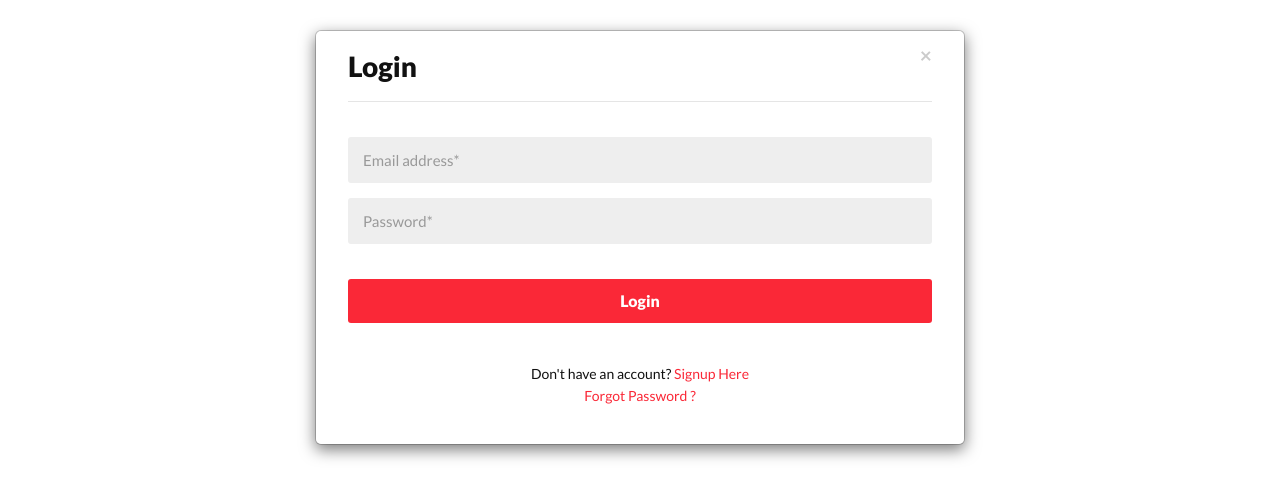
Repository: Het95/Bike-Rental-JSP
Page: http://localhost/AJOep/login.jsp
An editor plug-in stored every save of this project. The page is shown before and after the next save, followed by the edit.
The browser window is 1280 px wide. The pictures show the whole page.
The page is served by Tomcat 9. Other server files are loaded and not shown.

Above is the page before, as saved 2020-05-31 21:27:54.

### AJOep/WebContent/login.jsp
<%@ page language="java" contentType="text/html; charset=ISO-8859-1"
    pageEncoding="ISO-8859-1"%>
<!DOCTYPE html>
<html>
<head>
<meta charset="ISO-8859-1">
<title>Insert title here</title>
<link rel="stylesheet" href="assets/css/bootstrap.min.css" type="text/css">
		<link rel="stylesheet" href="assets/css/styles.css" type="text/css">
		<link rel="stylesheet" href="assets/css/owl.carousel.css" type="text/css">
		<link rel="stylesheet" href="assets/css/owl.transitions.css" type="text/css">
		<link href="assets/css/slick.css" rel="stylesheet">
		<link href="assets/css/bootstrap-slider.min.css" rel="stylesheet">
		<link href="assets/css/font-awesome.min.css" rel="stylesheet">
		<link rel="apple-touch-icon-precomposed" sizes="144x144" href="assets/images/favicon-icon/apple-touch-icon-144-precomposed.png">
		<link rel="apple-touch-icon-precomposed" sizes="114x114" href="assets/images/favicon-icon/apple-touch-icon-114-precomposed.html">
		<link rel="apple-touch-icon-precomposed" sizes="72x72" href="assets/images/favicon-icon/apple-touch-icon-72-precomposed.png">
		<link rel="apple-touch-icon-precomposed" href="assets/images/favicon-icon/apple-touch-icon-57-precomposed.png">
		<link rel="shortcut icon" href="assets/images/favicon-icon/24x24.png">
		<link href="https://fonts.googleapis.com/css?family=Lato:300,400,700,900" rel="stylesheet">

</head>
<body>

		<div id="loginform">
  <div class="modal-dialog" role="document">
    <div class="modal-content">
      <div class="modal-header">
        <button type="button" class="close" data-dismiss="modal" aria-label="Close"><span aria-hidden="true">&times;</span></button>
        <h3 class="modal-title">Login</h3>
      </div>
      <div class="modal-body">
        <div class="row">
          <div class="login_wrap">
            <div class="col-md-12 col-sm-6">
              <form method="post">
                <div class="form-group">
                  <input type="email" class="form-control" name="email" placeholder="Email address*">
                </div>
                <div class="form-group">
                  <input type="password" class="form-control" name="password" placeholder="Password*">
                </div>
                <div class="form-group checkbox">
                  <input type="checkbox" id="remember">

                </div>
                <div class="form-group">
                  <input type="submit" name="login" value="Login" class="btn btn-block">
                </div>
              </form>
            </div>

          </div>
        </div>
      </div>
      <div class="modal-footer text-center">
        <p>Don't have an account? <a href="#signupform" data-toggle="modal" data-dismiss="modal">Signup Here</a></p>
        <p><a href="#forgotpassword" data-toggle="modal" data-dismiss="modal">Forgot Password ?</a></p>
      </div>
    </div>
  </div>
</div>
</body>
</html>

Loaded but not shown: AJOep/WebContent/assets/css/bootstrap.min.css (library); AJOep/WebContent/assets/css/owl.carousel.css (common file); AJOep/WebContent/assets/css/owl.transitions.css (library); AJOep/WebContent/assets/css/slick.css (common file); AJOep/WebContent/assets/css/bootstrap-slider.min.css (library); AJOep/WebContent/assets/css/font-awesome.min.css (library); AJOep/WebContent/assets/css/styles.css (5459 lines, source omitted)

After the next save:
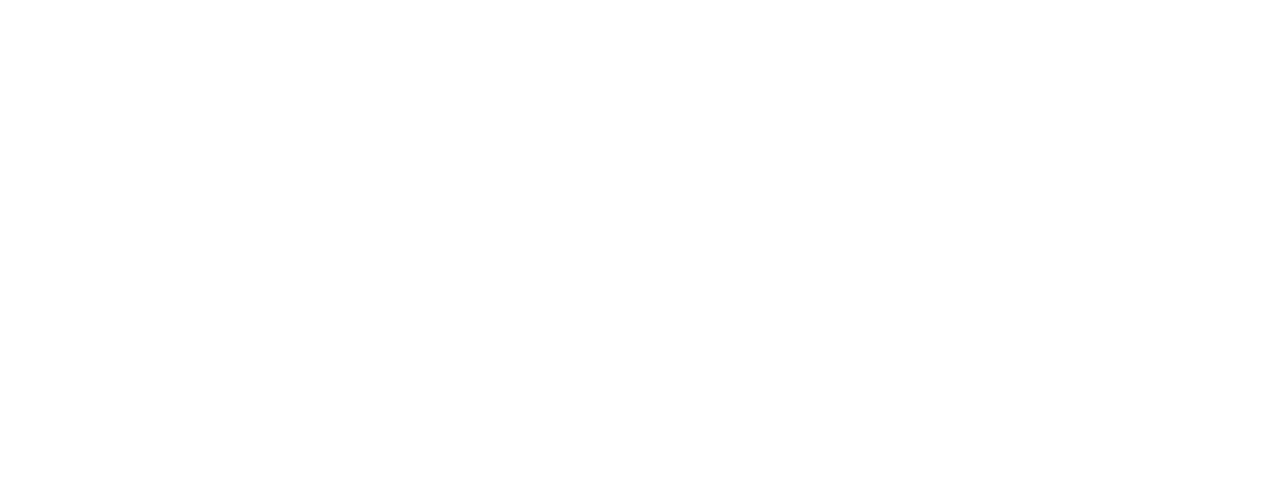
Saved 12 s later.
--- a/AJOep/WebContent/login.jsp
+++ b/AJOep/WebContent/login.jsp
@@ -22,7 +22,7 @@
 </head>
 <body>
 
-		<div id="loginform">
+		<div class="modal" id="loginform">
   <div class="modal-dialog" role="document">
     <div class="modal-content">
       <div class="modal-header">

After the 2 saves that followed:
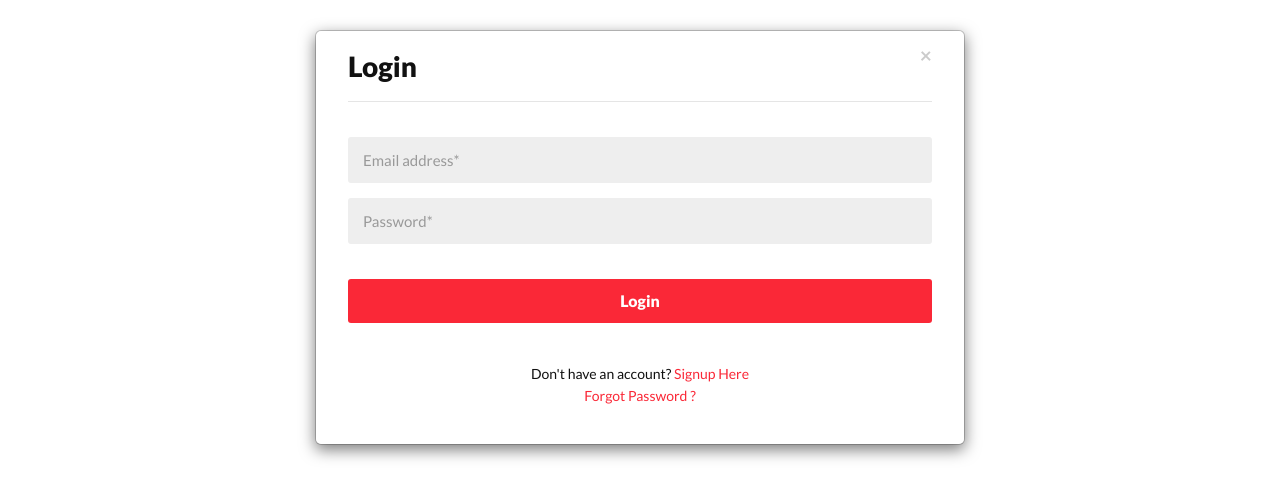
The 2 saves are shown as one change because 1 left the picture as it was.
The last was saved 24 s later.
--- a/AJOep/WebContent/login.jsp
+++ b/AJOep/WebContent/login.jsp
@@ -22,7 +22,7 @@
 </head>
 <body>
 
-		<div class="modal" id="loginform">
+		<div class="" id="loginform">
   <div class="modal-dialog" role="document">
     <div class="modal-content">
       <div class="modal-header">
